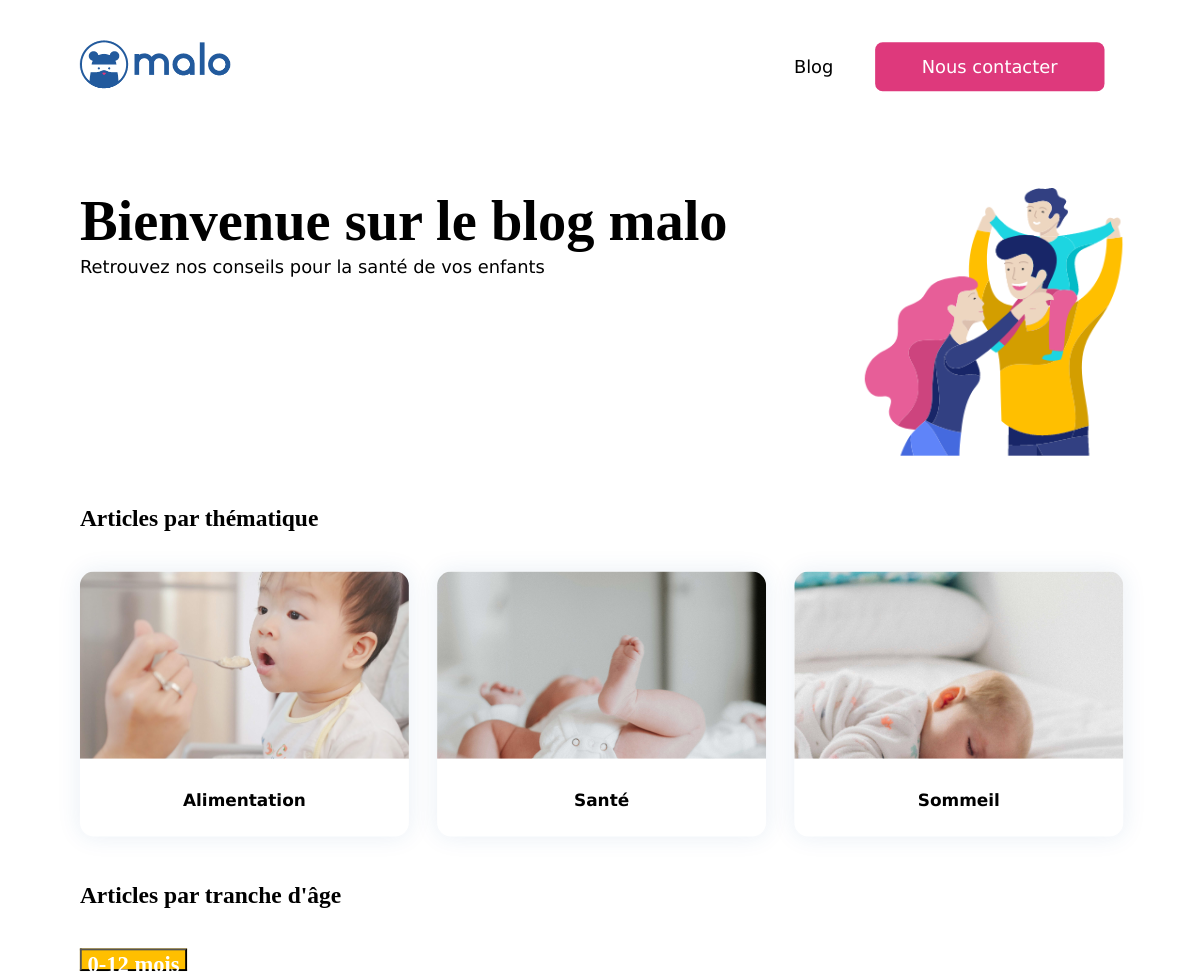
Repository: carbone-dev/keli-malo
Page: blog.html
These files come from the project's save history. The page is drawn as it stood at one moment and after the next save; the edit follows.
The browser window is 1280 px wide. The pictures show the whole page, at 94% of full size.

Above is the page before, as saved 2020-12-09 14:34:38.

After the next save:
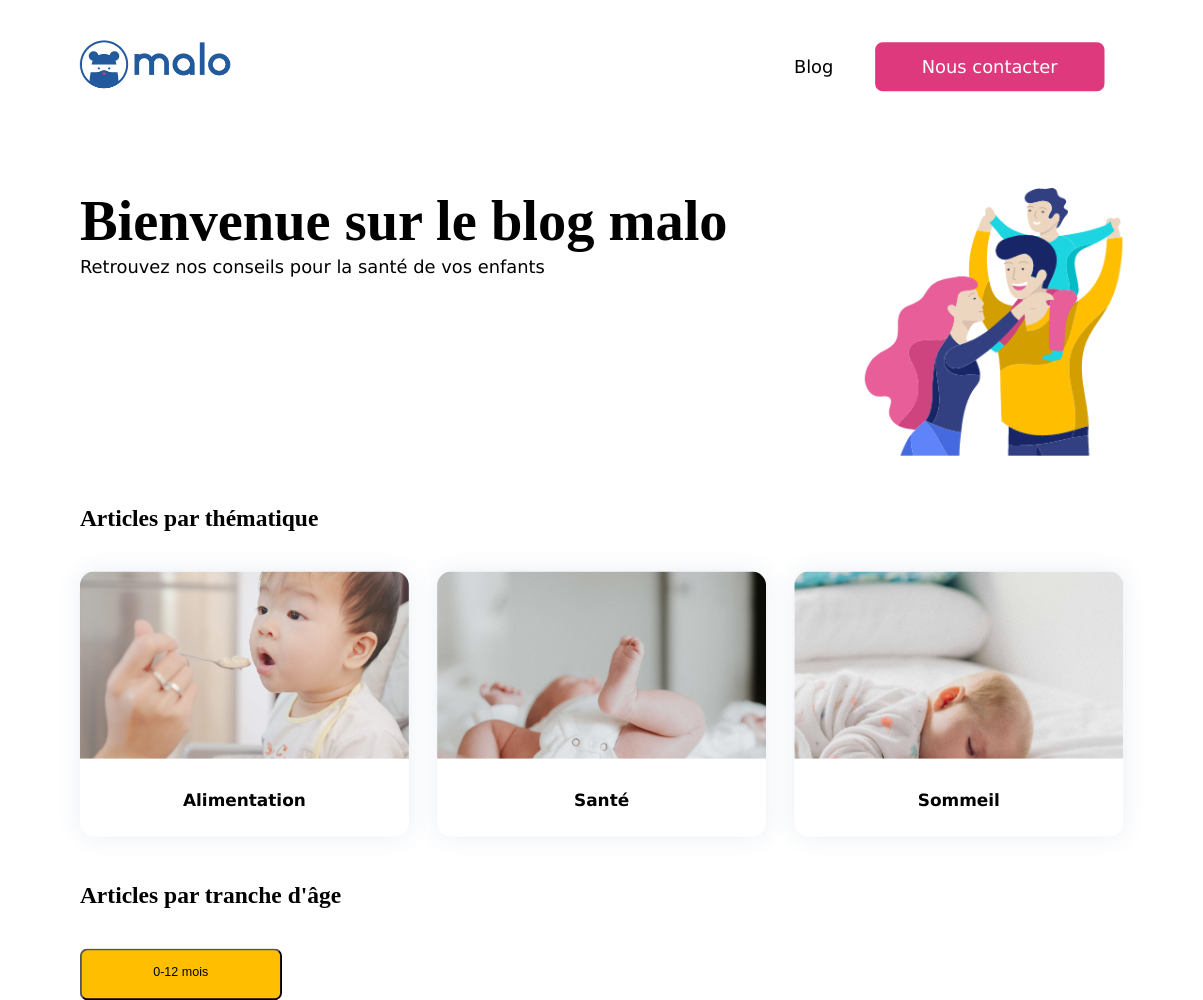
Saved 37 s later.
--- a/css/style.css
+++ b/css/style.css
@@ -2,16 +2,10 @@
   margin: 0;
 }
 .btn{
-  height: 24px;
-  font-family: montserrat;
-  font-size: 24px;
-  font-weight: 900;
-  font-stretch: normal;
-  font-style: normal;
-  line-height: 1.21;
-  letter-spacing: normal;
-  text-align: center;
-  color: #ffffff;
+  height: 55px;
+  padding: 12px 76px 19px;
+  border-radius: 8px;
+
 }
 
 .btn-primary{
